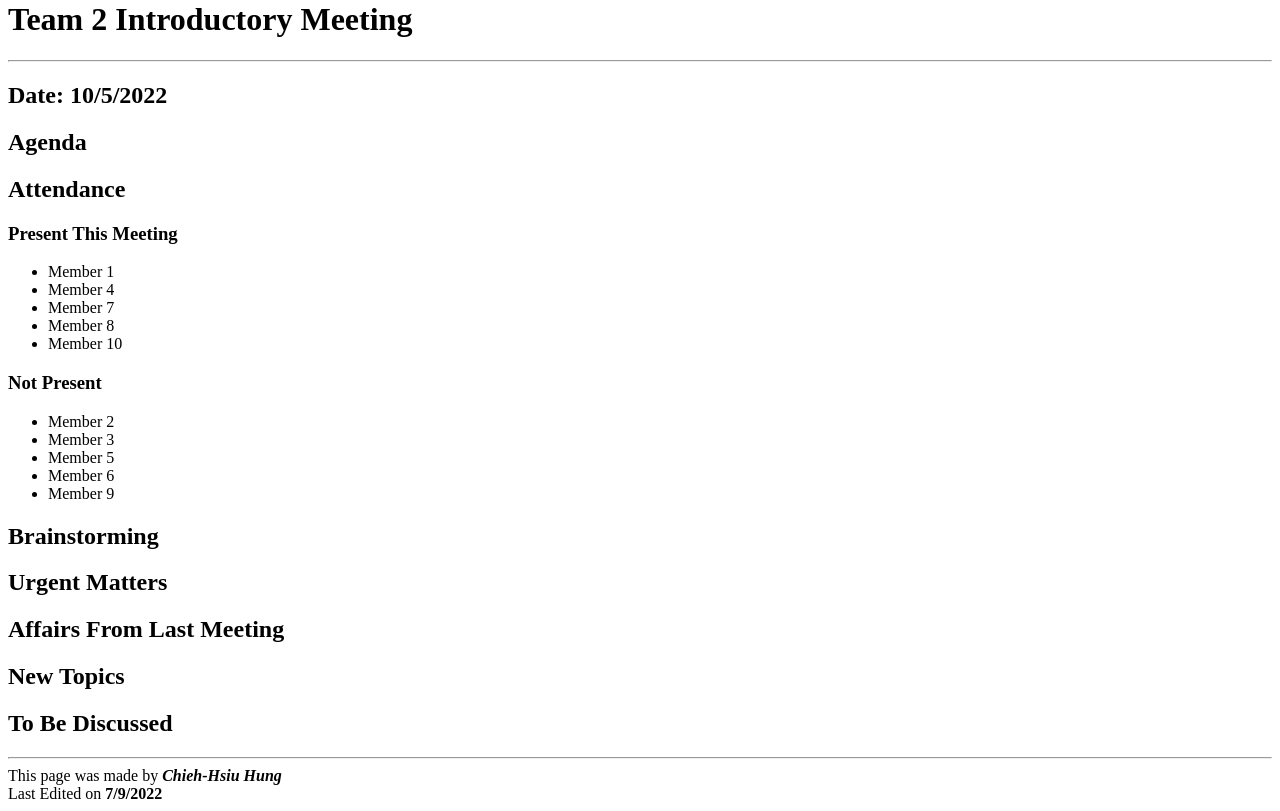
Repository: Chieh0501/fa22-cse110-lab3
Page: index.html
The author's editor kept a copy of each file at every save. The page is drawn from the files as they stood at one save, then again after the next save.
The browser window is 1280 px wide. The pictures show the part of the page from y = 368 to 1287 px (the page is 1179 px tall before and 1287 px after).
A picture or video elsewhere on the page could not be fetched, so the positions and the page height are approximate.

Above is the page before, as saved 2022-10-05 11:57:16.

### index.html
<!DOCTYPE html>
<html lang="en">

<head>
	<meta charset="utf-8" />
	<meta name="description" content="Team 2 Meeting Notes" />
	<meta name="keywords" content="HTML, CSS, JavaScript" />
	<meta name="author" content="Chieh-Hsiu Hung" />
	<meta name="viewport" content="width=device-width, initial-scale=1.0" />
	<title>Team 2 Meeting Notes</title>
	<link href="images/favicons/favicon.ico" rel="icon" />
	<!-- <link href="styles/main.css" rel="stylesheet" /> -->
	<!-- <script>
		window.addEventListener('load', function () {
			let time = window.performance.timing,
				complete = time.domComplete - time.domLoading;
			document.getElementById('page-load-info').innerHTML = `<strong>Page Loaded in ${parseInt(complete)}ms
			 on ${new Date().toLocaleString("en-US")}</strong>`;
		});
	</script> -->

</head>

<body>
	<header>
		<header>
			<img src="images/demo-logo.png" alt="Demo Team Logo">
			<hr />
			<nav>
				<a href="index.html">Home</a>
				<a href="about.html">Diagrams/Pictures</a>
				<a href="project.html">Audio/Video Backup</a>
				<a href="contact.html">Question Board</a>
				<a href="contact.html">Contact Me</a>
			</nav>
		</header>
	</header>

	<main>
		<h1 id="top">Team 2 Introductory Meeting</h1>
		<hr />
		<h2>Date: 10/5/2022</h2>
		<section>
			<h2>Agenda</h2>

		</section>
		<section>
			<h2>Attendance</h2>
			<!-- <form>
				Add Checkbox state with JS later
				<input type="checkbox" id="member1" name="member1" value="chung">
				<label for="vehicle1"> Chieh-Hsiu Hung</label><br>
				<input type="checkbox" id="member2" name="member2" value="avalliani">
				<label for="vehicle1"> Amaar Valliani</label><br>
				<input type="checkbox" id="member3" name="member3" value="ajia">
				<label for="vehicle1"> Andrew Jia</label><br>
				<input type="checkbox" id="member4" name="member4" value="ivarela">
				<label for="vehicle1"> Issac Varela</label><br>
				<input type="checkbox" id="member5" name="member5" value="lnguyen">
				<label for="vehicle1"> Liam Nguyen</label><br>
				<input type="checkbox" id="member6" name="member6" value="nrao">
				<label for="vehicle1"> Nikhil Rao</label><br>
				<input type="checkbox" id="member7" name="member7" value="sdadhwal">
				<label for="vehicle1"> Sahil Dadhwal</label><br>
				<input type="checkbox" id="member8" name="member8" value="tkoon">
				<label for="vehicle1"> Thomas Koon</label><br>
				<input type="checkbox" id="member9" name="member9" value="ycao">
				<label for="vehicle1"> Yingqi Cao</label><br>
				<input type="checkbox" id="member10" name="member10" value="yxu">
				<label for="vehicle1"> YunXiao Xu</label><br>
				<input type="submit" value="Submit">
			  </form> -->
			  <h3>Present This Meeting</h3>
			  <ul>
				<li>Member 1</li>
				<li>Member 4</li>
				<li>Member 7</li>
				<li>Member 8</li>
				<li>Member 10</li>
			  </ul>
			  <h3>Not Present</h3>
			  <ul>
				<li>Member 2</li>
				<li>Member 3</li>
				<li>Member 5</li>
				<li>Member 6</li>
				<li>Member 9</li>
			  </ul>
		</section>
		<section>
			<h2>Brainstorming</h2>
		</section>
		<section>
			<h2>Urgent Matters</h2>
		</section>
		<section>
			<h2>Affairs From Last Meeting</h2>
		</section>
		<section>
			<h2>New Topics</h2>
		</section>
		<section>
			<h2>To Be Discussed</h2>
		</section>
	</main>

	<footer>
		<hr />
		<div>This page was made by <i><b>Chieh-Hsiu Hung</b></i></div>
		<aside>Last Edited on <strong>7/9/2022</strong></aside>
	</footer>
</body>

</html>

After the next save:
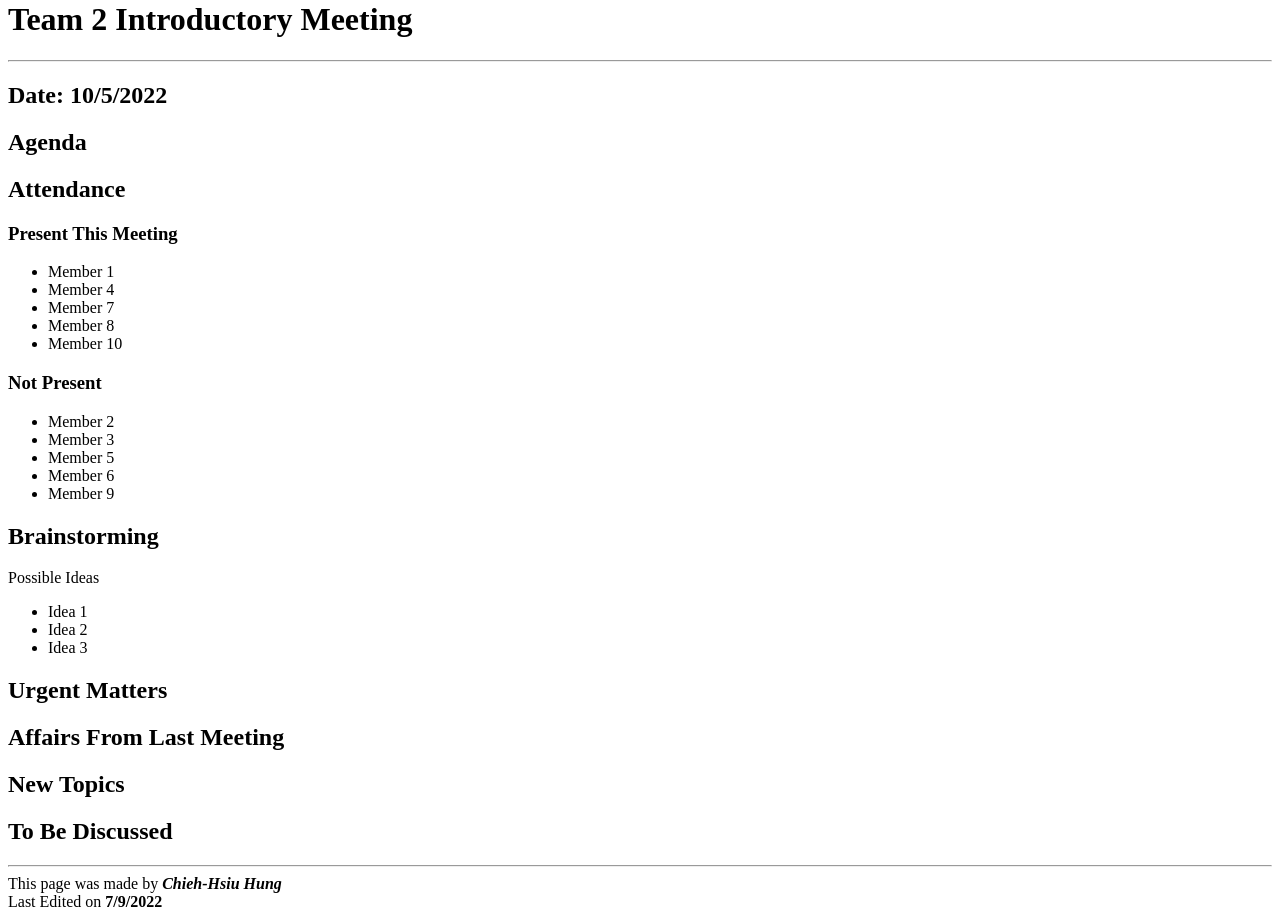
Saved 59 s later.
--- a/index.html
+++ b/index.html
@@ -89,6 +89,12 @@
 		</section>
 		<section>
 			<h2>Brainstorming</h2>
+			<div>Possible Ideas</div>
+			<ul>
+				<li>Idea 1</li>
+				<li>Idea 2</li>
+				<li>Idea 3</li>
+			  </ul>
 		</section>
 		<section>
 			<h2>Urgent Matters</h2>
